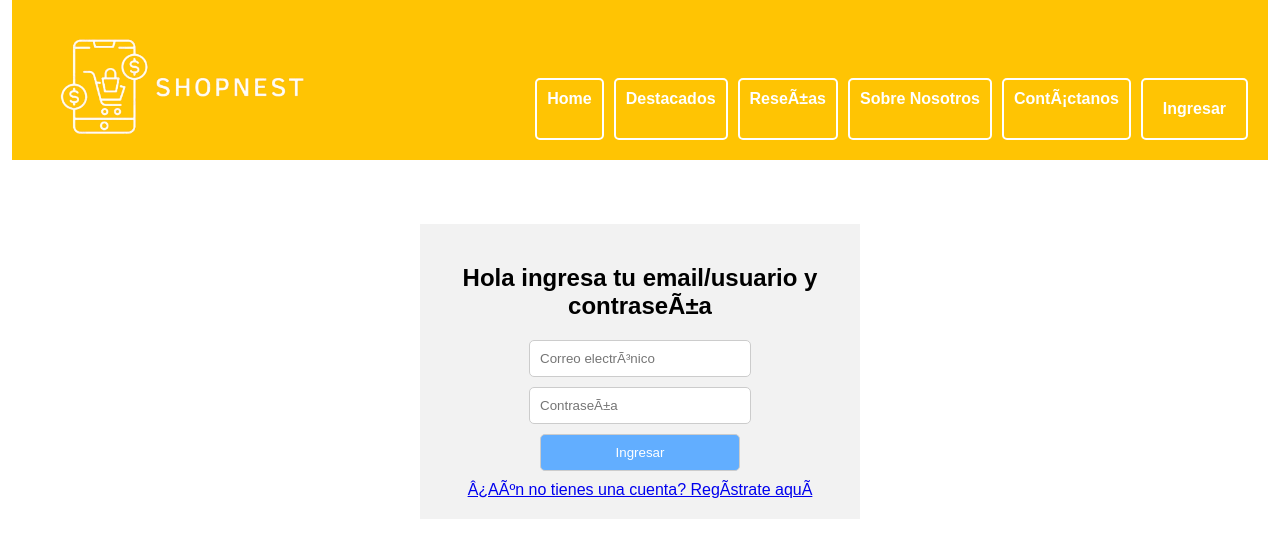
Repository: Regmalek07/ProyectoU
Page: inicio_sesion.html
An editor plug-in stored every save of this project. The page is shown before and after the next save, followed by the edit.
The browser window is 1280 px wide. The pictures show the whole page.

Above is the page before, as saved 2024-04-29 14:04:16.
Console error: TypeError: Cannot read properties of null (reading 'style')

### inicio_sesion.html
<!DOCTYPE html>
<html>
    <head lang="es">
        <meta charset="UFT-8">
        <title>Inicio</title>
        <link rel="stylesheet" href="styles/styles.css">
    </head>
    <body>
        <header>
            <div class="logo">
                <a href="home.html">
                    <img src="images/Logo_1.png" alt="LogoShop">
                </a>
            </div>
            <nav>
                <ul>
                    <li><a href="home.html">Home</a></li>
                    <li><a href="destacado.html">Destacados</a></li>
                    <li><a href="resenas.html">Reseñas</a></li>
                    <li><a href="sobre_nosotros.html">Sobre Nosotros</a></li>
                    <li><a href="contacto.html">Contáctanos</a></li>
                    <li class="menu"> <!-- Cambia la clase a "menu" -->
                        <a>Ingresar</a>
                        <ul>
                            <li><a href="inicio_sesion.html">Iniciar Sesion</a></li>
                            <li><a href="registro.html">Regístrate</a></li>
                        </ul>
                    </li>
                </ul>
            </nav>
        </header>
        <section class="landing">
            <h1>Hola ingresa tu email/usuario y contraseña</h1>
            <form id="login-form">
                <input type="email" name="correo" placeholder="Correo electrónico" required>
                <input type="password" name="contrasena" placeholder="Contraseña" required>
                <button type="submit">Ingresar</button>
            </form>
            <a href="registro.html">¿Aún no tienes una cuenta? Regístrate aquí</a>
        </section>
        <script src="login.js"></script>
    </body>
</html>

### styles/styles.css
body {
    font-family: Arial, sans-serif;
    margin: 0;
    padding: 0;
    display: flex;
    flex-direction: column;
    align-items: center;
}

h1 {
    text-align: center;
}

p {
    text-align: center;
}
/* Estilos para el banner */

header {
    background-color: #ffc403;
    padding: 20px;
    display: flex;
    justify-content: space-between;
    align-items: center;
    max-height: 120px;
    width: 95%;
}

.logo img {
    width: 300px;
}

/* Estilos para la sección de landing */
.landing {
    background-color: #f2f2f2;
    margin: 5% 0;
    padding: 20px;
    text-align: center;
    max-width: 400px;
}

/* Estilos para los formularios */
input[type="email"],
input[type="password"],
button {
    margin: 10px auto;
    padding: 10px;
    width: 200px;
    display: block;
    border: 1px solid #ccc;
    border-radius: 5px;
}

button {
    background-color: #62aeff;
    color: #fff;
    cursor: pointer;
}

nav {
    margin-top: auto;
}

nav ul {
    list-style-type: none;
    margin: 0;
    padding: 0;
    display: flex;
    justify-content: center;
}

nav li {
    margin-right: 10px;
    position: relative;
    border: 2px solid #fff; /* Agrega un borde delineado blanco */
    border-radius: 5px; /* Redondea las esquinas del recuadro */
}

nav li:last-child {
    margin-right: 0;
}

nav span {
    position: absolute;
    top: 50%;
    right: -10px;
    transform: translateY(-50%);
}

nav a {
    text-decoration: none;
    color: #fff; /* Cambia el color del texto a amarillo */
    font-weight: bold;
    display: block;
    padding: 10px; /* Añade un relleno para mejorar la apariencia */
}

nav a:hover {
    background-color: #fff; /* Cambia el fondo al pasar el ratón */
    color: #ffc403; /* Cambia el color del texto al pasar el ratón */
}

/* Estilos para el botón de ingresar */
.menu {
    position: relative;
    border: 2px solid #fff; /* Agrega un borde delineado blanco */
    border-radius: 5px; /* Redondea las esquinas del recuadro */
    padding: 10px; /* Añade un relleno para mejorar la apariencia */
    text-align: center;
}

.menu:hover {
    background-color: #fff; /* Cambia el fondo al pasar el ratón */
}

.menu ul {
    list-style-type: none;
    padding: 0;
    margin: 0;
    display: none; /* Oculta las opciones por defecto */
    position: absolute;
    top: 100%;
    left: 0;
    width: 100%;
}

.menu:hover ul {
    display: block; /* Muestra las opciones al pasar el ratón */
}

.menu ul li {
    border-top: 2px solid #fff; /* Agrega un borde delineado blanco */
}

.menu ul li:first-child {
    border-top: none; /* Elimina el borde superior del primer elemento */
}

.menu ul li a {
    display: block;
    text-decoration: none;
    color: #ffc403; /* Cambia el color del texto a amarillo */
    padding: 10px; /* Añade un relleno para mejorar la apariencia */
}

.menu ul li a:hover {
    background-color: #fff; /* Cambia el fondo al pasar el ratón */
    color: #ffc403; /* Cambia el color del texto al pasar el ratón */
}

### login.js
document.addEventListener("DOMContentLoaded", function() {
    // Verificar el estado de autenticación al cargar la página
    var isAuthenticated = localStorage.getItem("authenticated");

    if (isAuthenticated) {
        // Si el usuario no está autenticado, redirigir al inicio de sesión
        window.location.href = "home.html";
    } else {
        // Si el usuario no está autenticado, ocultar el botón de cierre de sesión
        document.getElementById("logout-button").style.display = "none";
    }
});
document.getElementById("login-form").addEventListener("submit", function(event) {
    event.preventDefault(); // Evitar el envío del formulario por defecto

    var formData = new FormData(this); // Obtener los datos del formulario

    // Convertir los datos del formulario a un objeto JSON
    var jsonData = {};
    formData.forEach(function(value, key) {
        jsonData[key] = value;
    });

    // Enviar los datos de inicio de sesión al servidor
    fetch('http://localhost:3000/usuarios?correo=' + encodeURIComponent(jsonData.correo) + '&contrasena=' + encodeURIComponent(jsonData.contrasena))
    .then(response => response.json())
    .then(data => {
        if (data.length > 0) {
            // Usuario autenticado, guardar estado de autenticación
            localStorage.setItem("authenticated", "true");
            // Usuario autenticado, redirigir a la página de home
            window.location.href = 'home.html';
        } else {
            // Credenciales incorrectas, mostrar un mensaje de error
            alert('Usuario o contraseña incorrectos. Por favor, inténtelo de nuevo.');
        }
    })
    .catch((error) => {
        console.error('Error al iniciar sesión:', error);
    });
});

After the next save:
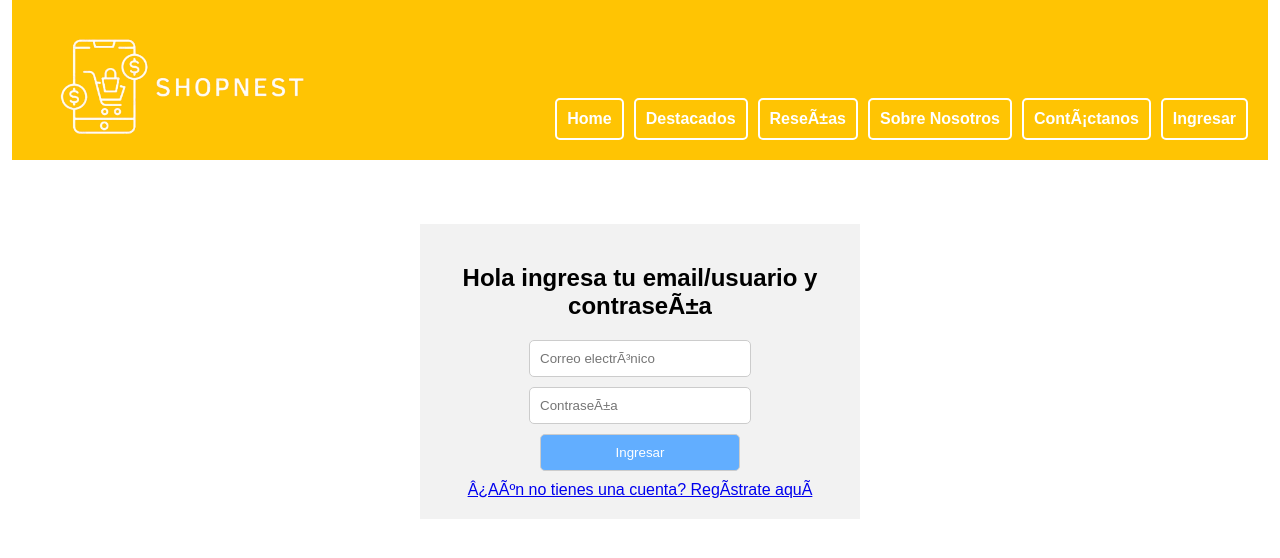
Saved 54 s later.
--- a/styles/styles.css
+++ b/styles/styles.css
@@ -101,14 +101,6 @@
 }
 
 /* Estilos para el botón de ingresar */
-.menu {
-    position: relative;
-    border: 2px solid #fff; /* Agrega un borde delineado blanco */
-    border-radius: 5px; /* Redondea las esquinas del recuadro */
-    padding: 10px; /* Añade un relleno para mejorar la apariencia */
-    text-align: center;
-}
-
 .menu:hover {
     background-color: #fff; /* Cambia el fondo al pasar el ratón */
 }
